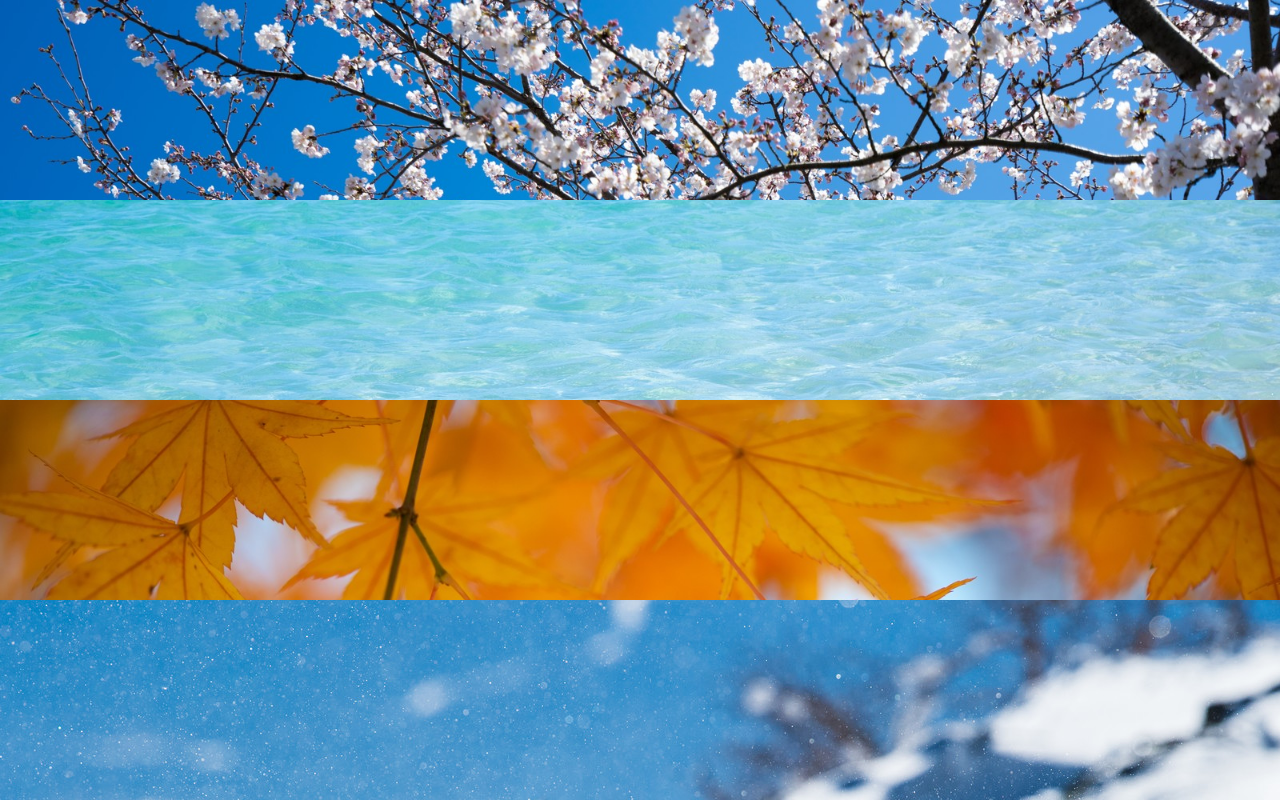
Repository: hayase-m/Webcamp
Page: chapter6/chapter6.html
The author's editor kept a record of every edit. The page is drawn from the files as they stood at one moment, then again after the next edit.
The browser window is 1280 px wide. The pictures show the whole page.

Above is the page before.

### chapter6/chapter6.html
<!DOCTYPE html>
<html lang="en">
<head>
  <meta charset="UTF-8">
  <link rel="stylesheet" href="style.css" type="text/css" />
  <title>Chapter6</title>
</head>
<body>
  <div class="image1"></div>
  <div class="image2"></div>
  <div class="image3"></div>
  <div class="image4"></div>
</body>
</html>

### chapter6/style.css
* {
  margin: 0;
  padding: 0;
  box-sizing: border-box;
}

.image1 {
  width: 100%;
  height: 200px;
  background-image: url(img/box1.jpg);
  background-size: cover;
}

.image2 {
  width: 100%;
  height: 200px;
  background-image: url(img/box2.jpg);
  background-size: cover;
}

.image3 {
  width: 100%;
  height: 200px;
  background-image: url(img/box3.jpg);
  background-size: cover;
}

.image4 {
  width: 100%;
  height: 200px;
  background-image: url(img/box4.jpg)
}

After the next edit:
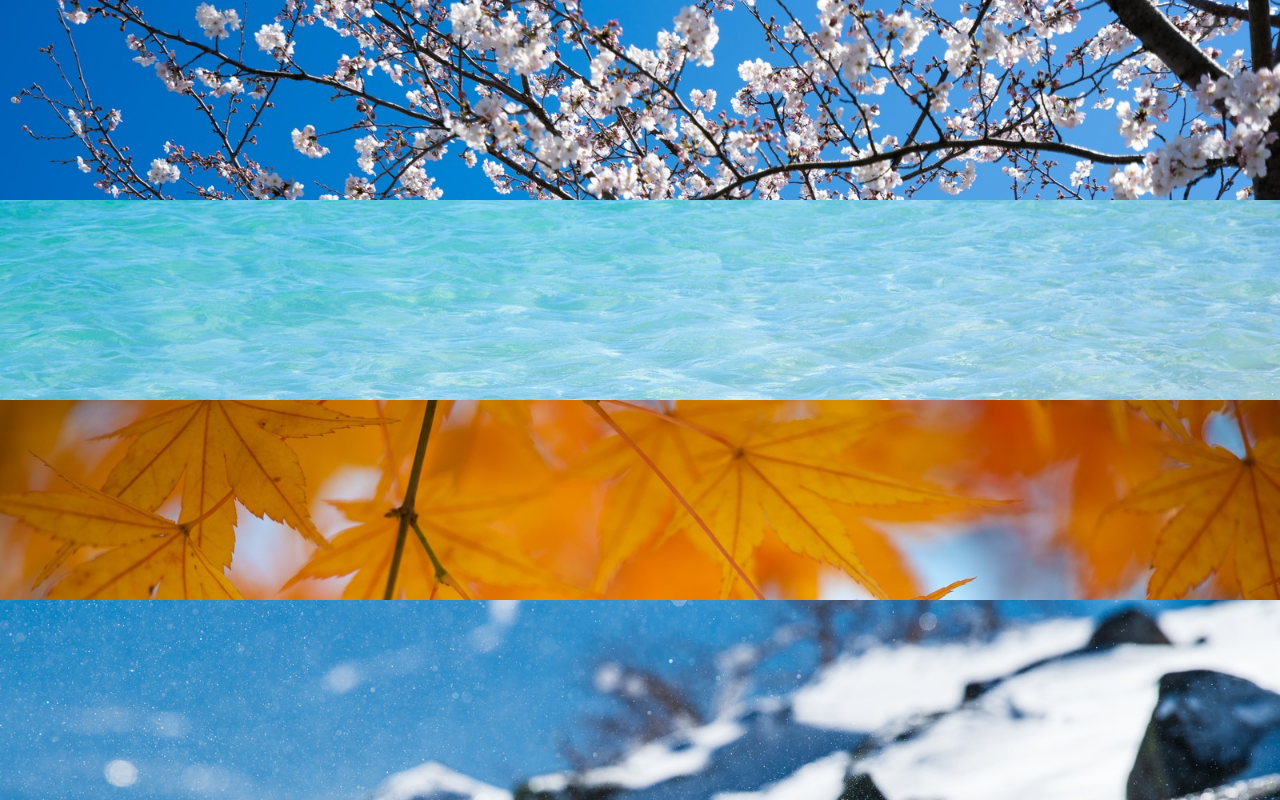
The edit:
--- a/chapter6/style.css
+++ b/chapter6/style.css
@@ -28,5 +28,6 @@
 .image4 {
   width: 100%;
   height: 200px;
-  background-image: url(img/box4.jpg)
+  background-image: url(img/box4.jpg);
+  background-size: cover;
 }
